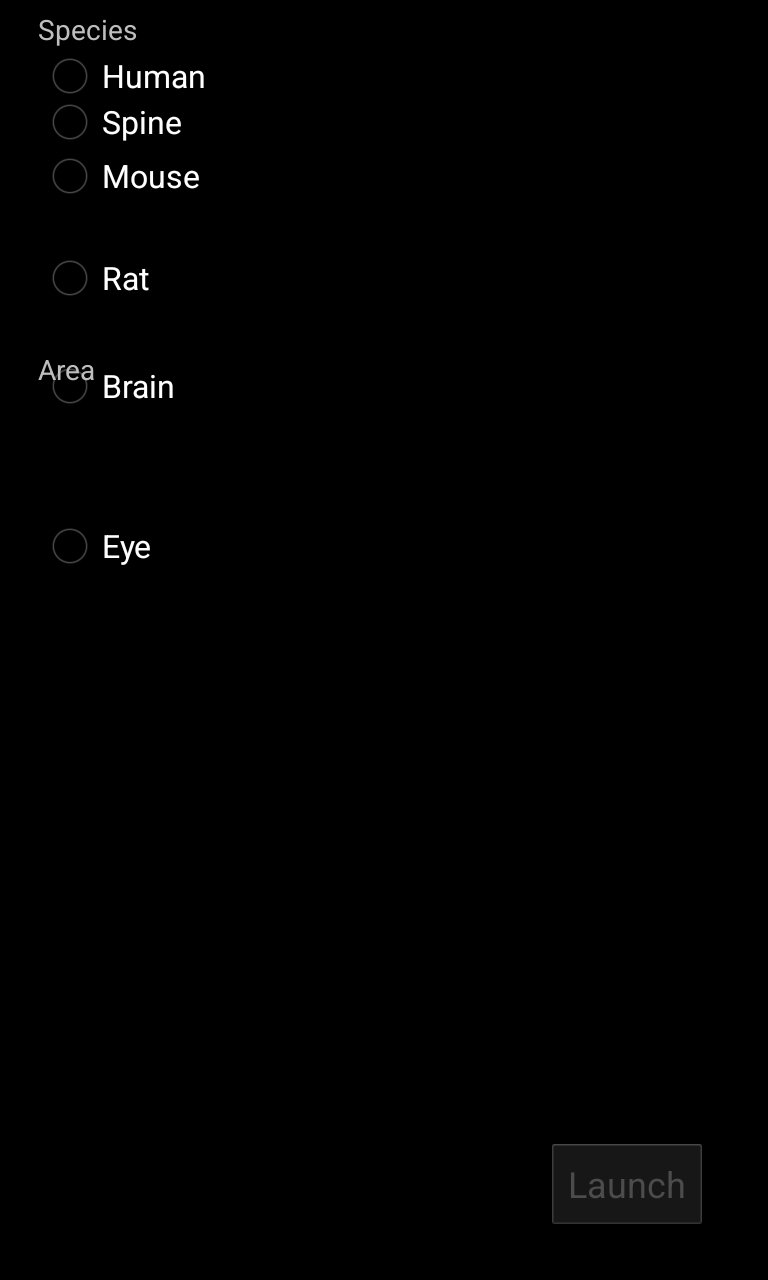
Repository: Ekarg/CSCE315Project3
Layout: Project3/res/layout/activity_main.xml
The author's editor kept a copy of each file at every save. The layout is drawn from the files as they stood at one save, then again after the next save.
It is drawn on a 768 x 1280 px phone screen (xhdpi) without system bars, with theme android:Theme.Holo; the app's code is not run.

Above is the layout before, as saved 2013-11-27 20:07:19.

### Project3/res/layout/activity_main.xml
<RelativeLayout xmlns:android="http://schemas.android.com/apk/res/android"
    xmlns:tools="http://schemas.android.com/tools"
    android:layout_width="match_parent"
    android:layout_height="match_parent"
    android:paddingBottom="5dp"
    android:paddingLeft="5dp"
    android:paddingRight="5dp"
    android:paddingTop="5dp"
    tools:context=".MainActivity" >

    <Button
        android:id="@+id/button1"
        android:layout_width="wrap_content"
        android:layout_height="wrap_content"
        android:layout_alignParentBottom="true"
        android:layout_alignParentRight="true"
        android:layout_marginBottom="19dp"
        android:layout_marginRight="24dp"
        android:enabled = "false"
		android:onClick="launch"
        android:text="@string/Button" />

    <TextView
        android:id="@+id/textView1"
        android:layout_width="wrap_content"
        android:layout_height="wrap_content"
        android:layout_marginLeft="14dp"
        android:layout_alignParentTop="true"
        android:text="@string/species" />

   <RadioGroup
        android:id="@+id/radioGroup1"
        android:layout_width="fill_parent"
        android:layout_height="wrap_content"
        android:layout_alignParentTop="true"
        android:layout_centerHorizontal="true"
        android:orientation="vertical" >

        <RadioButton
            android:id="@+id/radioButton1"
            android:layout_width="wrap_content"
            android:layout_height="wrap_content"
            android:layout_marginLeft="14dp"
            android:checked = "false"
            android:layout_marginTop="17dp"
            android:text="@string/human"
            android:onClick="onRadioButtonClicked"/>

        <RadioButton
            android:id="@+id/radioButton2"
            android:layout_width="wrap_content"
            android:layout_height="wrap_content"
            android:layout_marginLeft="14dp"
            android:checked = "false"
            android:layout_marginTop="18dp"
            android:text="@string/mouse"
            android:onClick="onRadioButtonClicked"/>

        <RadioButton
            android:id="@+id/radioButton3"
            android:layout_width="wrap_content"
            android:layout_height="wrap_content"
            android:layout_marginLeft="14dp"
            android:checked = "false"
            android:layout_marginTop="19dp"
            android:text="@string/rat"
            android:onClick="onRadioButtonClicked"/>
    </RadioGroup>

    <TextView
        android:id="@+id/textView2"
        android:layout_width="wrap_content"
        android:layout_height="wrap_content"
        android:layout_alignLeft="@+id/textView1"
        android:layout_below="@+id/radioGroup1"
        android:layout_marginTop="20dp"
        android:text="@string/area"
        android:onClick="onRadioButtonClicked" />

     <RadioGroup
        android:id="@+id/radioGroup2"
        android:layout_width="fill_parent"
        android:layout_height="wrap_content"
        android:layout_alignParentTop="true"
        android:layout_centerHorizontal="true"
        android:orientation="vertical" >

	    <RadioButton
	        android:id="@+id/radioButton4"
	        android:layout_width="wrap_content"
            android:layout_height="wrap_content"
            android:layout_marginLeft="14dp"
            android:checked = "false"
            android:layout_marginTop="40dp"
	        android:onClick="onRadioButtonClicked"
	        android:text="@string/spine" />

	    <RadioButton
	        android:id="@+id/radioButton5"
	        android:layout_width="wrap_content"
	        android:layout_height="wrap_content"
	        android:layout_marginLeft="14dp"
	        android:layout_marginTop="100dp"
	        android:checked="false"
	        android:onClick="onRadioButtonClicked"
	        android:text="@string/brain" />

	     <RadioButton
         android:id="@+id/radioButton6"
         android:layout_width="wrap_content"
         android:layout_height="wrap_content"
         android:checked = "false"
         android:layout_marginLeft="14dp"
         android:layout_marginTop="48dp"
         android:text="@string/eye"
         android:onClick="onRadioButtonClicked" />
	</RadioGroup>



</RelativeLayout>

### Project3/res/values/strings.xml
<?xml version="1.0" encoding="utf-8"?>
<resources>

    <string name="app_name">Show Me the.... Neuron!</string>
    <string name="action_settings">Settings</string>
    <string name="hello_world">Hello world!</string>
    <string name="Button">Launch</string>
    <string name="title_activity_second">Neuron Display</string>
    <string name="species">Species</string>
    <string name="human">Human</string>
    <string name="mouse">Mouse</string>
    <string name="rat">Rat</string>
    <string name="area">Area</string>
    <string name="eye">Eye</string>
    <string name="brain">Brain</string>
    <string name="spine">Spine</string>


</resources>

After the next save:
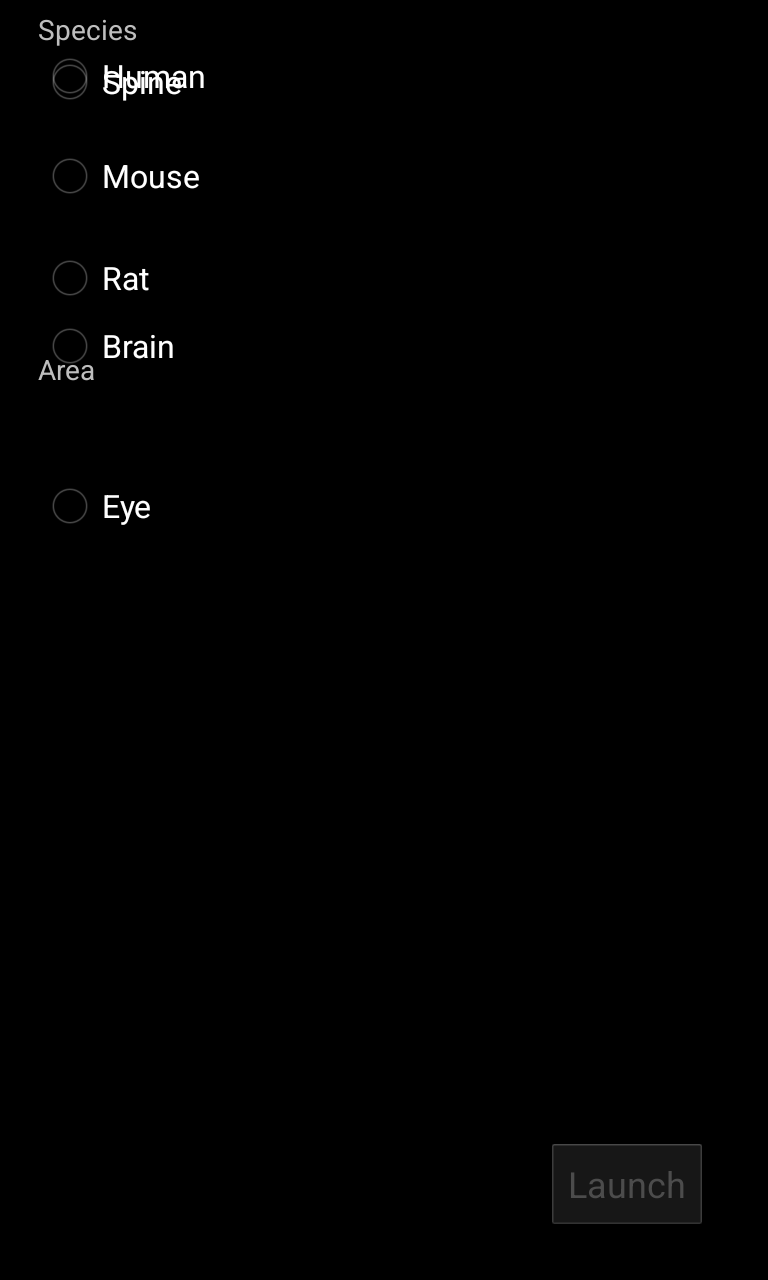
Saved 2 min 57 s later.
--- a/Project3/res/layout/activity_main.xml
+++ b/Project3/res/layout/activity_main.xml
@@ -91,7 +91,7 @@
             android:layout_height="wrap_content"
             android:layout_marginLeft="14dp"
             android:checked = "false"
-            android:layout_marginTop="40dp"
+            android:layout_marginTop="20dp"
 	        android:onClick="onRadioButtonClicked"
 	        android:text="@string/spine" />
 
